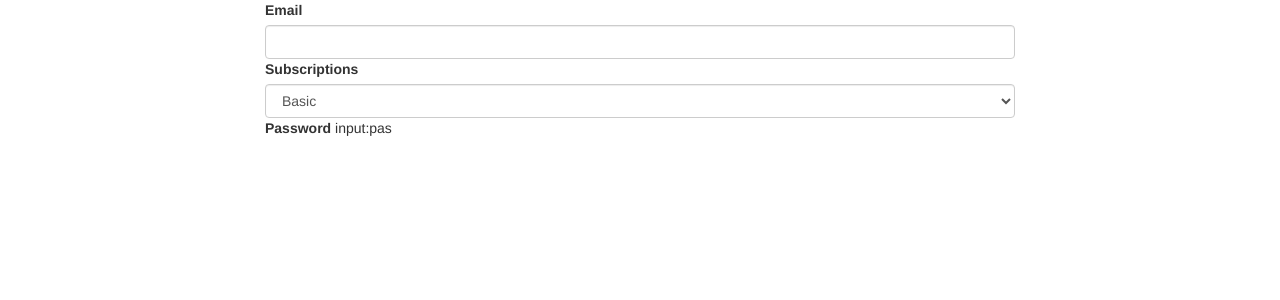
Repository: NikitasX/AngularCourse
Page: / (app in td-forms-assignment/)
An editor plug-in stored every save of this project. The page is shown before and after the next save, followed by the edit.
The browser window is 1280 px wide. The pictures show the whole page.
The project was rebuilt for these pictures with package versions that can differ from the ones it lists, and the page was loaded fresh each time. Also part of the build but not shown: td-forms-assignment/angular.json.

Above is the page before, as saved 2020-09-25 16:34:22.

### td-forms-assignment/src/app/app.component.html
<div class="container">
  <div class="row">
    <div class="col-xs-12 col-sm-10 col-md-8 col-sm-offset-1 col-md-offset-2">

      <form>
        <div class="form-group">
          <label for="email">Email</label>
          <input
            type="email"
            class="form-control"
            required
            email>

            <label for="subscriptions">Subscriptions</label>
            <select class="form-control">
              <option value="basic">Basic</option>
              <option value="advanced">Advanced</option>
              <option value="pro">Pro</option>
            </select>

            <label for="password">Password</label>
            input:pas
        </div>
      </form>

      <!-- Add a Form with the following Inputs (and Validators)
           1) Mail address (should not be empty and should be an email address)
           2) A Dropdown which allows the user to select from three different Subscriptions ("Basic", "Advanced", "Pro")
              Set "Advanced" as Default
           3) A Password field (should not be empty)
           4) A Submit Button

           Display a warning message if the Form is invalid AND was touched. Display a warning message below each input if it's invalid.

           Upon submitting the form, you should simply print the Value of the Form to the Console.
           Optionally, display it in your template.
      -->
    </div>
  </div>
</div>

Loaded but not shown: td-forms-assignment/src/index.html (common file); td-forms-assignment/src/styles.css (common file); td-forms-assignment/src/main.ts (common file); td-forms-assignment/src/app/app.module.ts (common file); td-forms-assignment/src/environments/environment.ts (common file); td-forms-assignment/src/app/app.component.ts (common file); td-forms-assignment/src/app/app.component.css (no stored copy; drawn as an empty file)

After the next save:
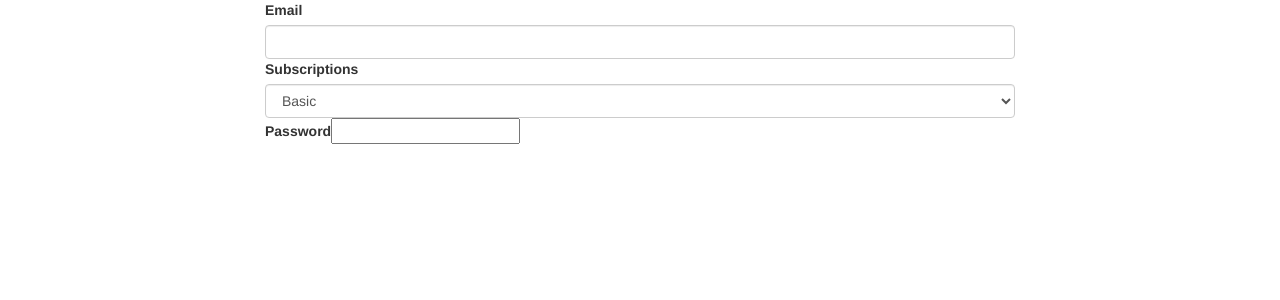
Saved 8 s later.
--- a/td-forms-assignment/src/app/app.component.html
+++ b/td-forms-assignment/src/app/app.component.html
@@ -19,7 +19,7 @@
             </select>
 
             <label for="password">Password</label>
-            input:pas
+            <input type="password" name="" id="" class="form-cotrol">
         </div>
       </form>
 
